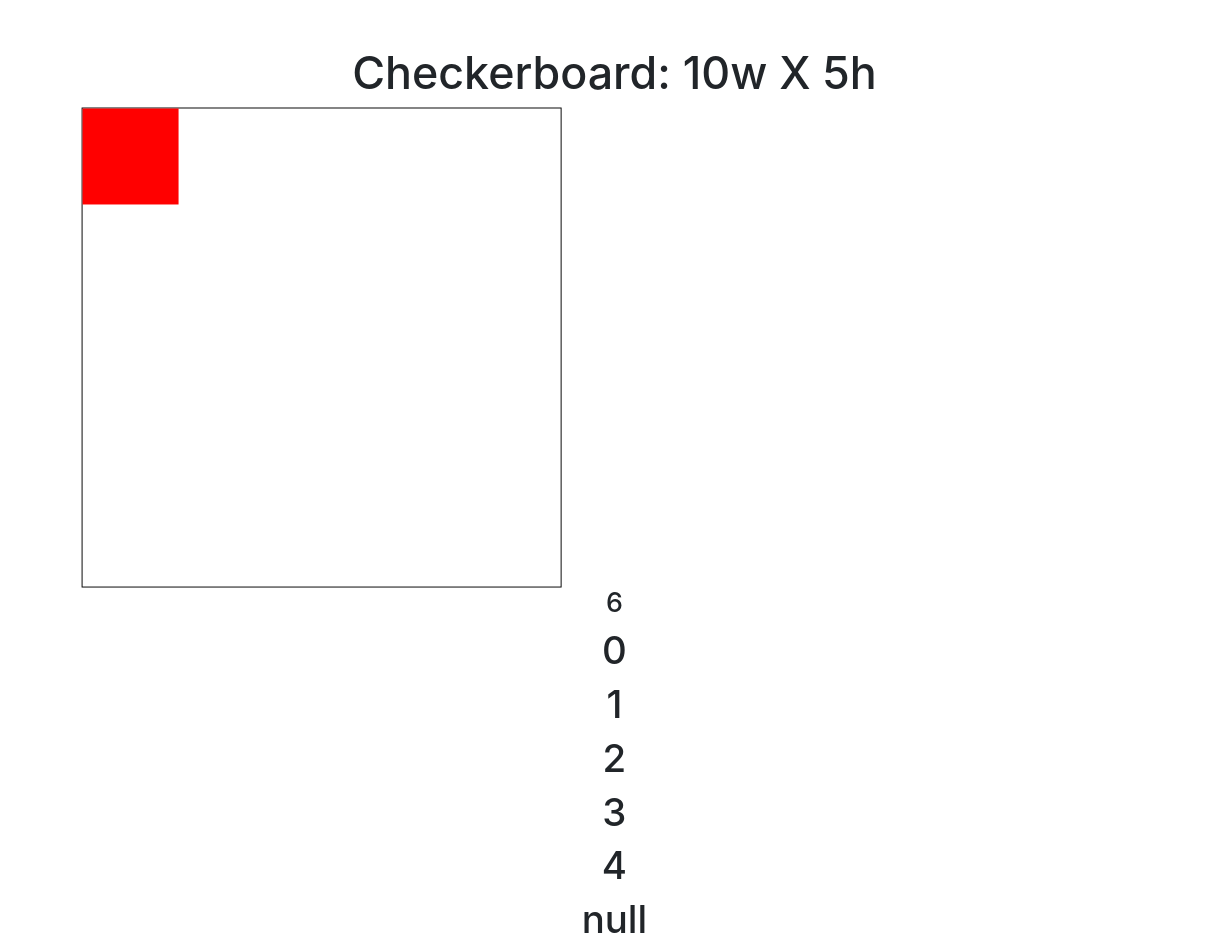
Repository: ACow3/java
Page: http://localhost/Checkerboard/checkerboard.jsp
These files come from the project's save history. The page is drawn as it stood at one moment and after the next save; the edit follows.
The browser window is 1280 px wide. The pictures show the whole page, at 96% of full size.
The page is served by Tomcat 9.

Above is the page before, as saved 2019-08-09 00:55:59.

### javaOOP/Checkerboard/WebContent/checkerboard.jsp
<%@ page language="java" contentType="text/html; charset=UTF-8"
    pageEncoding="UTF-8"%>
<!DOCTYPE html>
<html>
<head>
<meta charset="UTF-8">
<link rel="stylesheet" href="https://stackpath.bootstrapcdn.com/bootstrap/4.3.1/css/bootstrap.min.css" integrity="sha384-ggOyR0iXCbMQv3Xipma34MD+dH/1fQ784/j6cY/iJTQUOhcWr7x9JvoRxT2MZw1T" crossorigin="anonymous">
<title>Checkerboard</title>
<style>
	.container{
		text-align: center;
	}

	.cb_title{
		font-size: 35pt;
		text-align: center;
	}

	.checkerboard{
		border: 1px solid black;
		text-align: center;
		width: 500px;
		height: 500px;
	}
	.red_box{
		width: 100px;
		height: 100px;
		background-color: red;

	}
</style>
</head>
<body>

	<div class="mastercontainer">
		<div class="container mt-5">
		<h1 class="cb_title">Checkerboard: 10w X 5h</h1>

		<div class="checkerboard">
			<div class="red_box"></div>
			<div class="blue_box"></div>
		</div>

			<%!
	public int add(int a, int b) {
		return a + b;
	}
	%>

	<%
	int i = 2;
	int j = 4;
	%>

	<h3><%= add(i, j) %></h3>
	<% for(int index = 0; index < 5; index++) { %>
		<h1><%= index %></h1>
	<% } %>

	<!-- getting the value for the name parameter -->
    <% String req = request.getParameter("name"); %>
    <!-- displaying the value -->
    <h1><%= req %></h1>


		</div>

	</div>

</body>
</html>

After the next save:
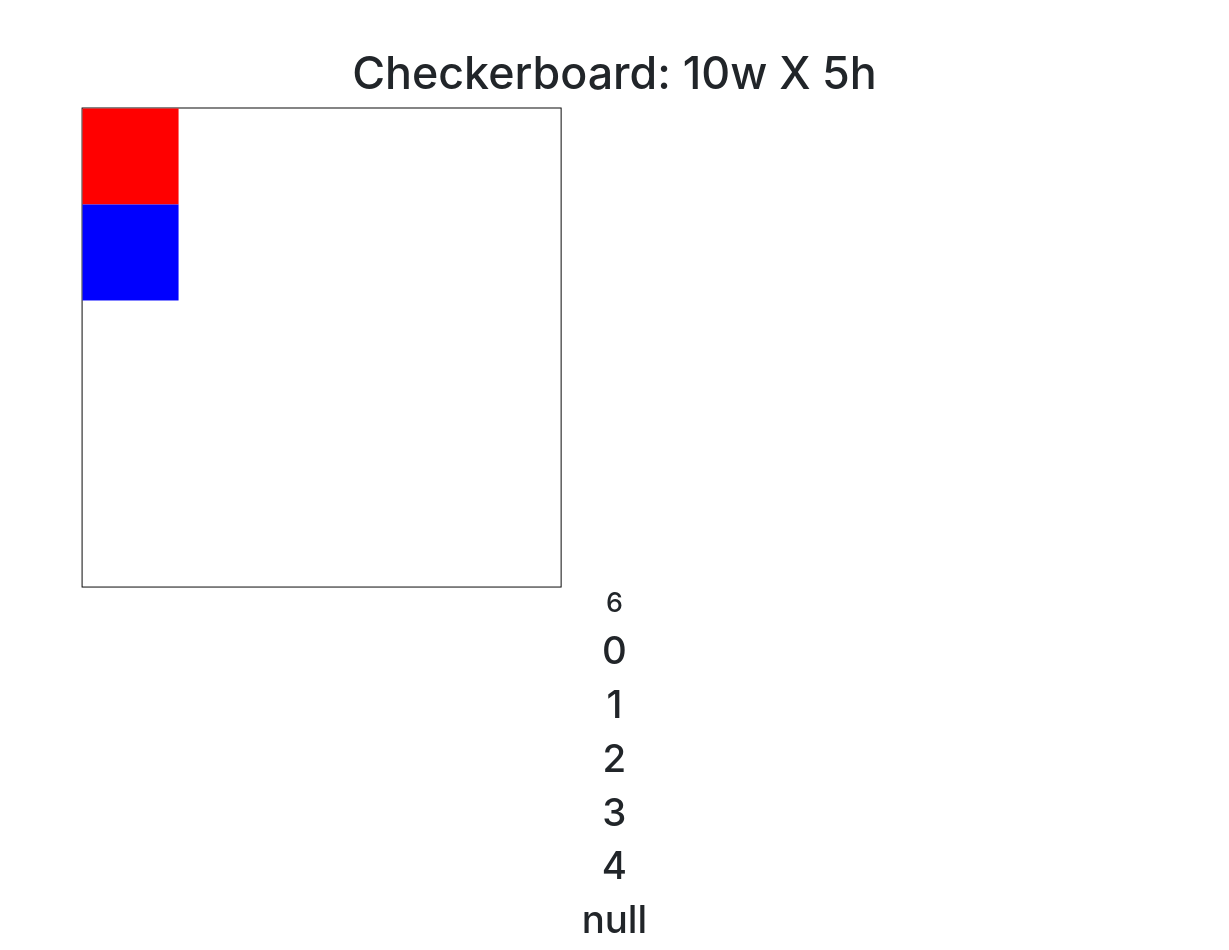
Saved 36 s later.
--- a/javaOOP/Checkerboard/WebContent/checkerboard.jsp
+++ b/javaOOP/Checkerboard/WebContent/checkerboard.jsp
@@ -26,6 +26,12 @@
 		width: 100px;
 		height: 100px;
 		background-color: red;
+
+	}
+	.blue_box{
+		width: 100px;
+		height: 100px;
+		background-color: blue;
 
 	}
 </style>
